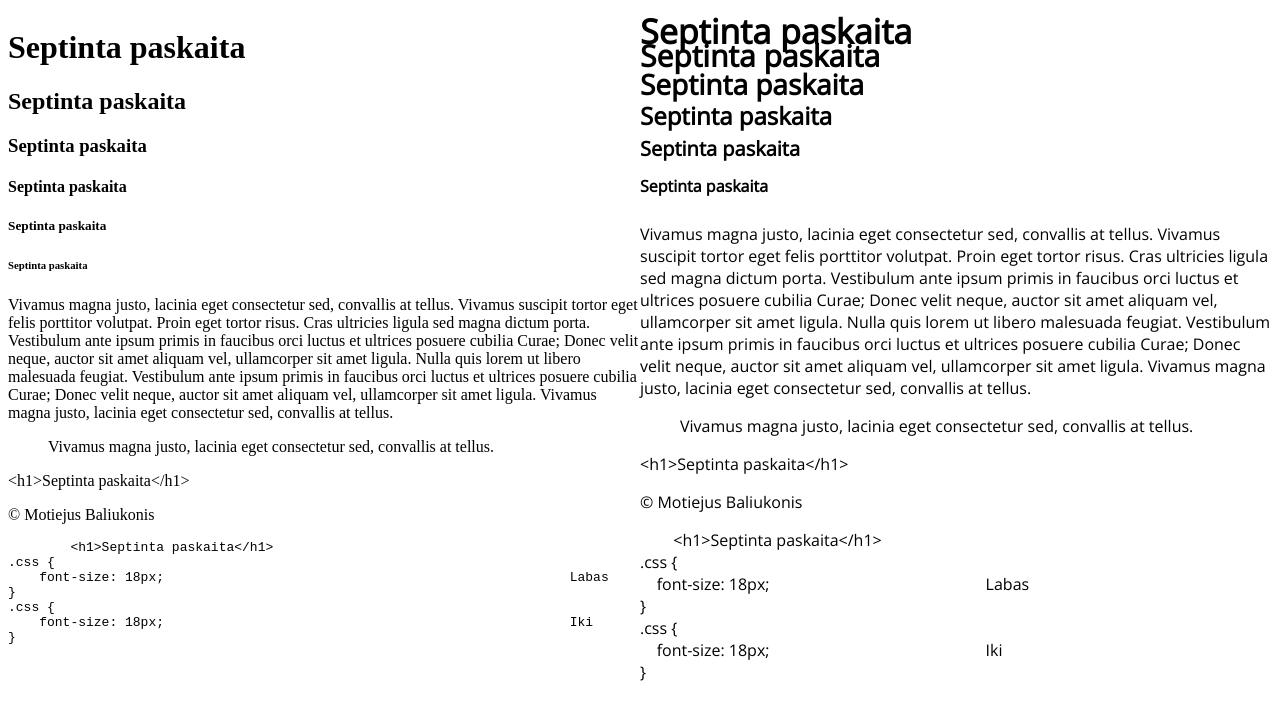
Repository: motiejus1/07-paskaita-05.31
Page: index.html
An editor plug-in stored every save of this project. The page is shown before and after a run of saves, followed by the edit.
The browser window is 1280 px wide. The pictures show the whole page.

Above is the page before, as saved 2021-06-10 19:57:25.

### index.html
<!DOCTYPE html>
<html lang="en">
<head>
    <meta charset="UTF-8">
    <meta http-equiv="X-UA-Compatible" content="IE=edge">
    <meta name="viewport" content="width=device-width, initial-scale=1.0">
    <title>Septinta paskaita</title>

    <link rel="preconnect" href="https://fonts.gstatic.com">
    <link href="https://fonts.googleapis.com/css2?family=Open+Sans&display=swap" rel="stylesheet">

    <style>
        .container {
            width: 100%;
        }

        .left, .right {
            float:left;
            width: 50%;
        }

        .right {
            font-family: 'Open Sans', sans-serif;
        }

        .right pre {
            font-family: 'Open Sans', sans-serif;
        }

        .right h1, .right h2, .right h3,.right h4, .right h5, .right h6 {

        }

        .right h1 {
            /* font-family: 'Open Sans', sans-serif; */
            font-size: 34px;
            line-height: 0px;
        }

        .right h2 {
            font-size: 30px;
            line-height: 0px;
        }

        .right h3 {
            font-size: 28px;
            line-height: 0px;
        }

        .right h4 {
            font-size: 24px;
            line-height: 0px;
        }

        .right h5 {
            font-size: 20px;
            line-height: 0px;
        }

        .right h6 {
            font-size: 16px;
            line-height: 0px;
        }

    </style>
</head>
<body>
    <div class="container">
        <div class="left">
            <h1>Septinta paskaita</h1>
            <h2>Septinta paskaita</h2>
            <h3>Septinta paskaita</h3>
            <h4>Septinta paskaita</h4>
            <h5>Septinta paskaita</h5>
            <h6>Septinta paskaita</h6>

            <p>Vivamus magna justo, lacinia eget consectetur sed, convallis at tellus. Vivamus suscipit tortor eget felis porttitor volutpat. Proin eget tortor risus. Cras ultricies ligula sed magna dictum porta. Vestibulum ante ipsum primis in faucibus orci luctus et ultrices posuere cubilia Curae; Donec velit neque, auctor sit amet aliquam vel, ullamcorper sit amet ligula. Nulla quis lorem ut libero malesuada feugiat. Vestibulum ante ipsum primis in faucibus orci luctus et ultrices posuere cubilia Curae; Donec velit neque, auctor sit amet aliquam vel, ullamcorper sit amet ligula. Vivamus magna justo, lacinia eget consectetur sed, convallis at tellus.</p>

            <blockquote>Vivamus magna justo, lacinia eget consectetur sed, convallis at tellus.</blockquote>

            <p> &lt;h1&gt;Septinta paskaita&lt;/h1&gt;  </p>
            <p>&copy; Motiejus Baliukonis</p>

            <pre>
        &lt;h1&gt;Septinta paskaita&lt;/h1&gt;
.css {
    font-size: 18px;                                                    Labas
}
.css {
    font-size: 18px;                                                    Iki
}
            </pre>
        </div>
        <div class="right">
            <h1>Septinta paskaita</h1>
            <h2>Septinta paskaita</h2>
            <h3>Septinta paskaita</h3>
            <h4>Septinta paskaita</h4>
            <h5>Septinta paskaita</h5>
            <h6>Septinta paskaita</h6>

            <p>Vivamus magna justo, lacinia eget consectetur sed, convallis at tellus. Vivamus suscipit tortor eget felis porttitor volutpat. Proin eget tortor risus. Cras ultricies ligula sed magna dictum porta. Vestibulum ante ipsum primis in faucibus orci luctus et ultrices posuere cubilia Curae; Donec velit neque, auctor sit amet aliquam vel, ullamcorper sit amet ligula. Nulla quis lorem ut libero malesuada feugiat. Vestibulum ante ipsum primis in faucibus orci luctus et ultrices posuere cubilia Curae; Donec velit neque, auctor sit amet aliquam vel, ullamcorper sit amet ligula. Vivamus magna justo, lacinia eget consectetur sed, convallis at tellus.</p>

            <blockquote>Vivamus magna justo, lacinia eget consectetur sed, convallis at tellus.</blockquote>

            <p> &lt;h1&gt;Septinta paskaita&lt;/h1&gt;  </p>
            <p>&copy; Motiejus Baliukonis</p>

            <pre>
        &lt;h1&gt;Septinta paskaita&lt;/h1&gt;
.css {
    font-size: 18px;                                                    Labas
}
.css {
    font-size: 18px;                                                    Iki
}
            </pre>
        </div>
    </div>
</body>
</html>

After the next 2 saves:
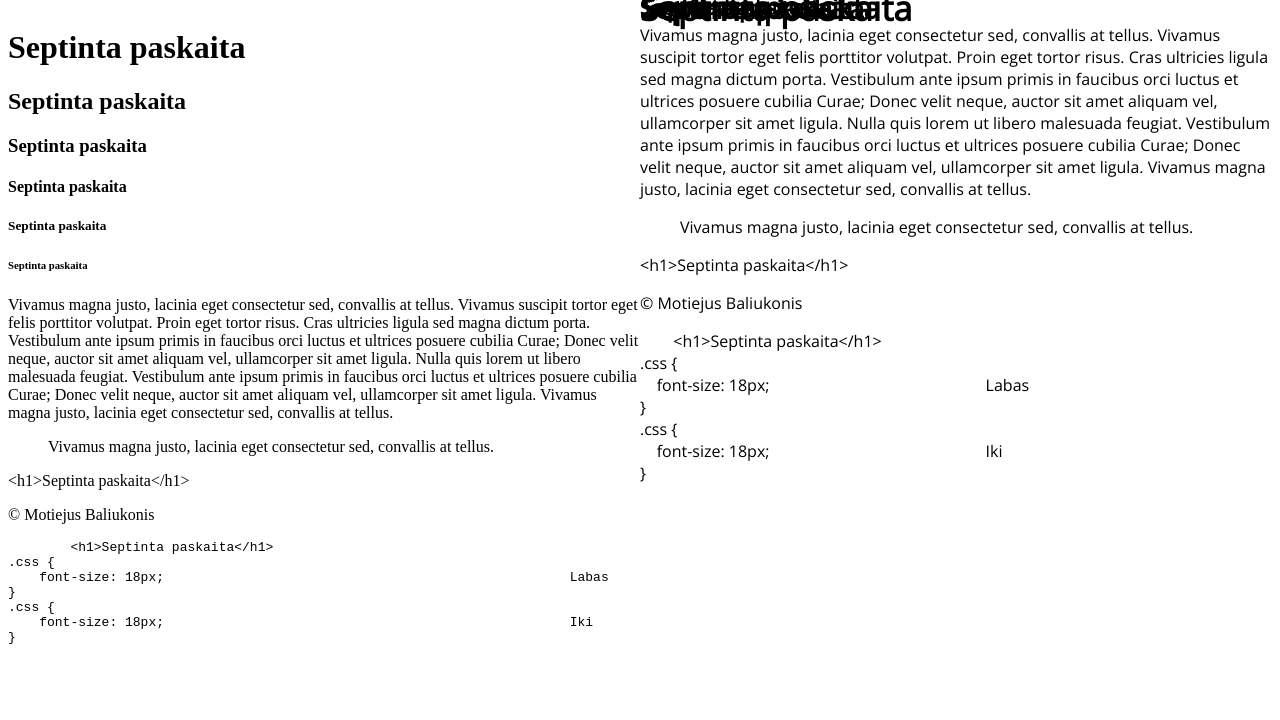
The 2 saves are shown as one change because they came seconds apart.
The last was saved 23 s later.
--- a/index.html
+++ b/index.html
@@ -28,7 +28,7 @@
         }
 
         .right h1, .right h2, .right h3,.right h4, .right h5, .right h6 {
-
+            margin: 0;
         }
 
         .right h1 {
